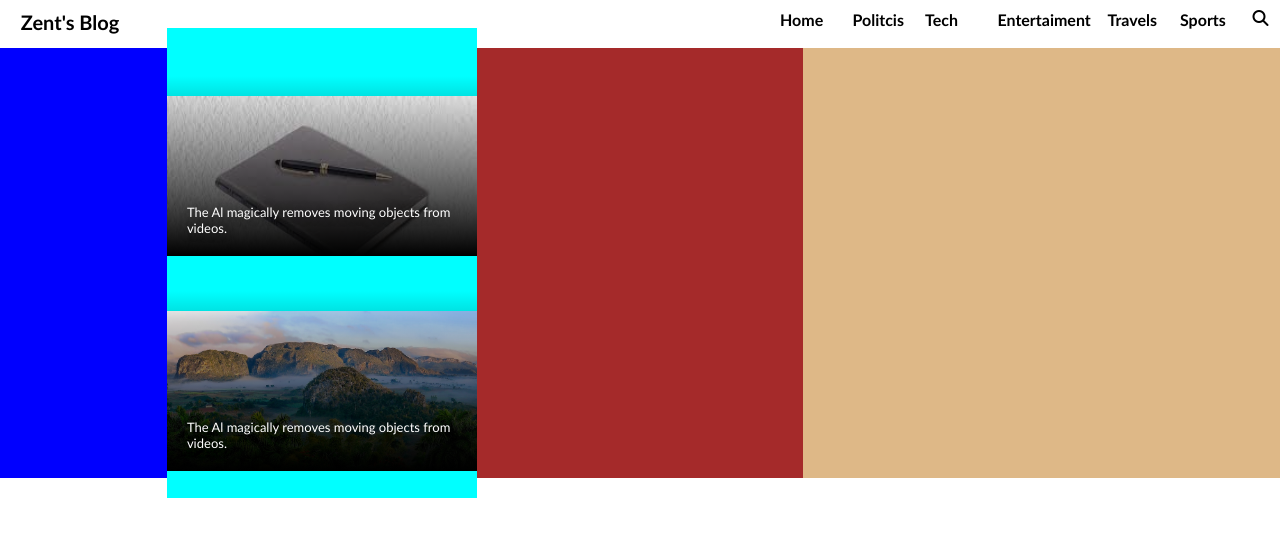
Repository: giacatdat2k5/html3
Page: html3.vs/7.1.html
These files come from the project's save history. The page is drawn as it stood at one moment and after the next save; the edit follows.
The browser window is 1280 px wide. The pictures show the whole page.

Above is the page before, as saved 2023-09-27 14:16:27.

### html3.vs/7.1.html
<!DOCTYPE html>
<html lang="en">
<head>
    <meta charset="UTF-8">
    <meta name="viewport" content="width=device-width, initial-scale=1.0">
    <title>7.2</title>
    <link rel="stylesheet" type="text/css" href="7.1.css">
    <link rel="stylesheet" href="https://cdnjs.cloudflare.com/ajax/libs/font-awesome/6.4.2/css/all.min.css"/>
</head>
<body>
    <div id="header">
        <div class="logo">Zent's Blog </div>
        <div class="menu">
            <div class="items">Home</div>
            <div class="items">Politcis</div>
            <div class="items">Tech</div>
            <div class="items">Entertaiment</div>
            <div class="items">Travels</div>
            <div class="items">Sports</div>
            <div class="search"><i class="fa-solid fa-magnifying-glass"></i></div>
        </div>
    </div>
    <div id="content">
        <div class="left">
            <div class="imageleft">
                <div class="iamge1">
                    <div class="edit">The Al magically removes moving objects from videos.</div>
                </div>
                <div class="iamge2">
                    <div class="edit">The Al magically removes moving objects from videos.</div>
                </div>
            </div>
        </div>
        <div class="center">
            <div class="imagecenter">
                <div class="image3">

                </div>
            </div>
        </div>
        <div class="right">
            <div class="iamgeright"></div>
        </div>
    </div>
</body>
</html>

### html3.vs/7.1.css
@media all and (min-width: 992px){
*{
    margin:0;
    padding: 0;
}
#header{
    width: 100%;
    height: 3em;
    display: flex;
    justify-content: space-between;
}
.logo{
    font-size: 20px;
    width: 120px;
    text-align: center;
    padding: 10px;
    font-weight: bold;
    font-family:'Trebuchet MS', 'Lucida Sans Unicode', 'Lucida Grande', 'Lucida Sans', Arial, sans-serif;

}
.menu{
    width: 510px;
    display: flex;
}
.items{
    width: 90px;
    padding: 10px;
    font-weight: bold;
    font-family:'Trebuchet MS', 'Lucida Sans Unicode', 'Lucida Grande', 'Lucida Sans', Arial, sans-serif;
}
.search{
    width: 30px;
    padding: 10px;
}
#content{
    width: 100%;
    height: 430px;
    background-color:whitesmoke;
    display: flex;
}
.left{
    width: 38%;
    height: 100%;
    background-color: blue;
    display: flex;
    justify-content: right;
    align-items: center;
}
.center{
    width: 26%;
    height: 100%;
    background-color: brown;
    display: flex;
    align-items:center;
    justify-content: center;
}
.right{
    width: 38%;
    height: 100%;
    background-color:burlywood;
}
.imageleft{
    width: 65%;
    height: 100%;
    background-color: aqua;
    display: flex;
    flex-wrap: wrap;
    align-items: center;
    padding-top: 40px;
}
.iamge1{
    background-image: url('image5.jpeg');
    background-size: cover;
    width: 100%;
    height: 160px;
    display:flex;
    align-items: end;
}
.iamge2{
    background-image: url('image3.jpeg');
    background-size: cover;
    width: 100%;
    height: 160px;
    display:flex;
    align-items: end;
}
.edit{
    width: 100%;
    height: 100%;
    background: linear-gradient(to bottom, transparent, rgba(0, 0, 0, 1));
    color:white;
    display:flex;
    align-items: end;
    padding-left: 20px;
    padding-bottom: 20px;
    padding-right: 20px;
    font-family:'Trebuchet MS', 'Lucida Sans Unicode', 'Lucida Grande', 'Lucida Sans', Arial, sans-serif;
    font-size: small;
    text-shadow: 0 0 10px rgba(0, 0, 0, 0.5);
}
.imagecenter{
    width: 80%;
    height:80%;
}
}

After the next save:
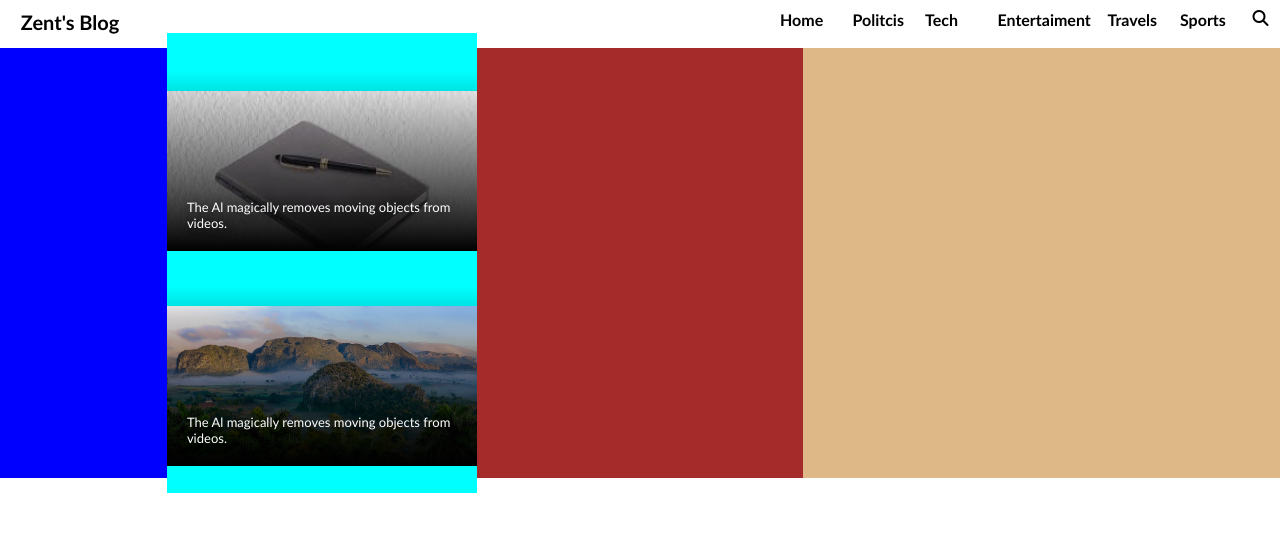
Saved 6 s later.
--- a/html3.vs/7.1.css
+++ b/html3.vs/7.1.css
@@ -66,7 +66,7 @@
     display: flex;
     flex-wrap: wrap;
     align-items: center;
-    padding-top: 40px;
+    padding-top: 30px;
 }
 .iamge1{
     background-image: url('image5.jpeg');
